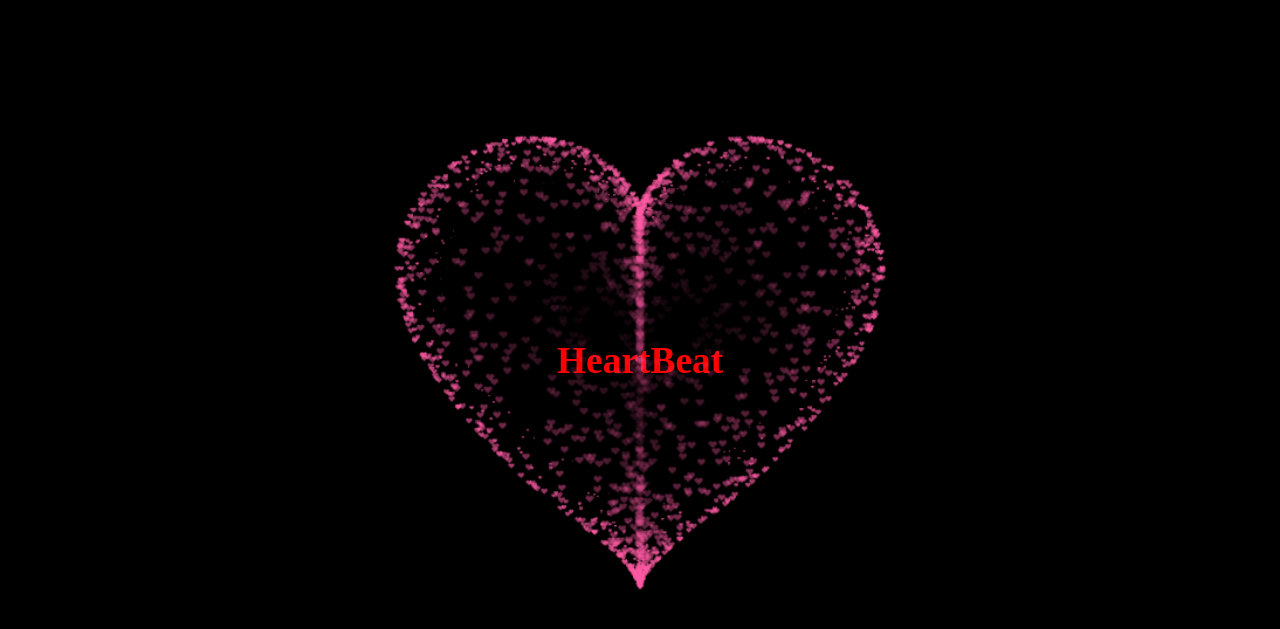
Repository: congbnvn0709/happy-valentine
Page: index.html
These files come from the project's save history. The page is drawn as it stood at one moment and after the next save; the edit follows.
The browser window is 1280 px wide. The pictures show the whole page.

Above is the page before, as saved 2023-01-30 23:17:23.

After the next save:
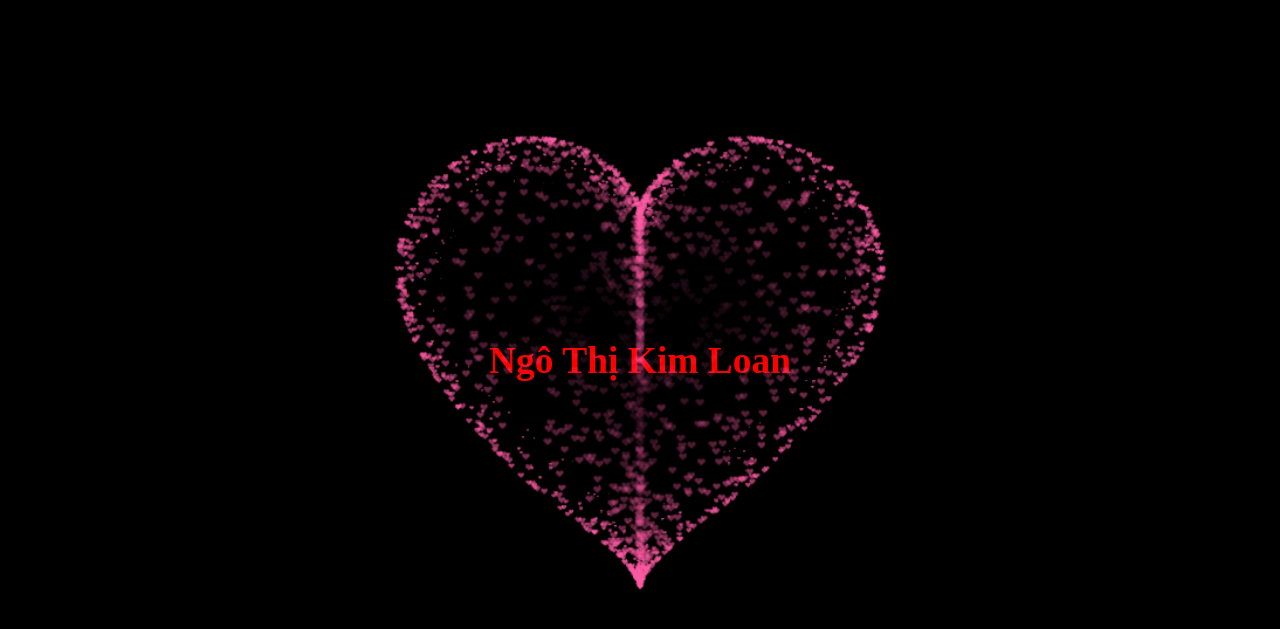
Saved 98 s later.
--- a/index.html
+++ b/index.html
@@ -1,7 +1,7 @@
 <!DOCTYPE html PUBLIC "-//W3C//DTD HTML 4.0 Transitional//EN">
 <html>
   <head>
-    <title>Heart</title>
+    <title>Happy valentine day's</title>
     <meta name="Generator" content="EditPlus" />
     <meta name="Author" content="" />
     <meta name="Keywords" content="" />
@@ -107,7 +107,7 @@
   </head>
 
   <body>
-    <h1>HeartBeat</h1>
+    <h1>Ngô Thị Kim Loan</h1>
 
     <div class="box">
       <canvas id="pinkboard"></canvas>
